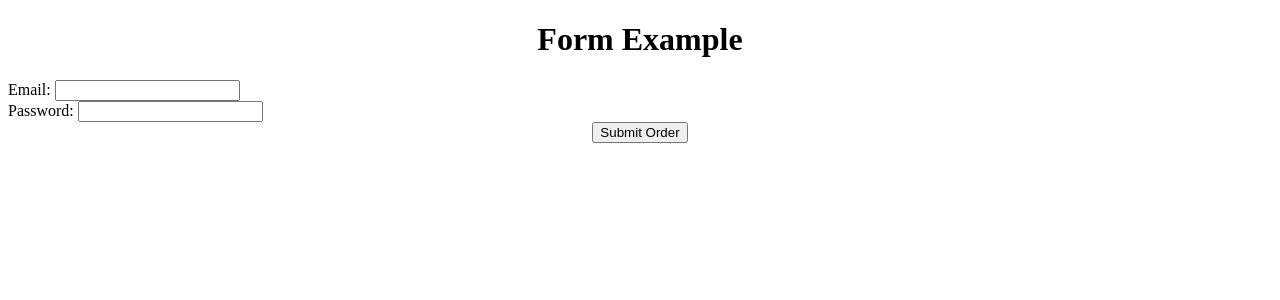
Repository: xzou4/CS221b
Page: fablix/WebContent/login.html
These files come from the project's save history. The page is drawn as it stood at one moment and after the next save; the edit follows.
The browser window is 1280 px wide. The pictures show the whole page.

Above is the page before, as saved 2017-02-08 18:48:52.

### fablix/WebContent/login.html
<!DOCTYPE html>
<html>
<head>
<meta charset="UTF-8">
<title>Insert title here</title>
</head>
<body>
<H1 ALIGN="CENTER">Form Example</H1>

<FORM ACTION="login"
      METHOD="POST">
  Email: <INPUT TYPE="TEXT" NAME="email"><BR>

  Password: <INPUT TYPE="PASSWORD" NAME="password"><BR>
  <CENTER>
    <INPUT TYPE="SUBMIT" VALUE="Submit Order">
  </CENTER>
</FORM>
</body>
</html>

After the next save:
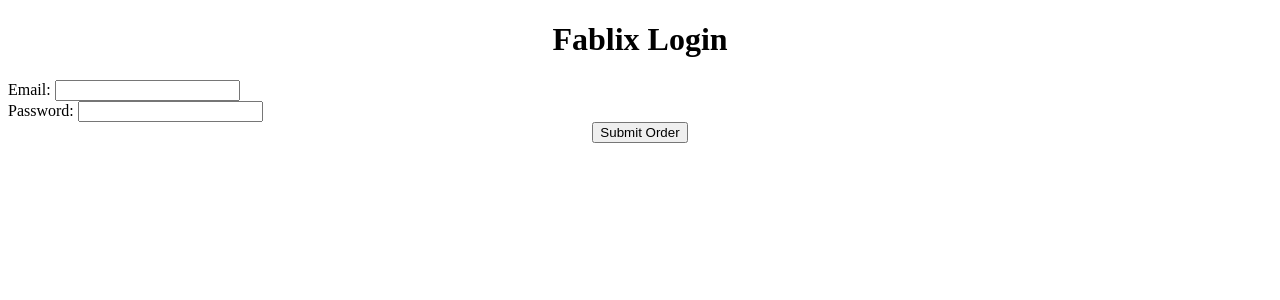
Saved 111 s later.
--- a/fablix/WebContent/login.html
+++ b/fablix/WebContent/login.html
@@ -5,7 +5,7 @@
 <title>Insert title here</title>
 </head>
 <body>
-<H1 ALIGN="CENTER">Form Example</H1>
+<H1 ALIGN="CENTER">Fablix Login</H1>
 
 <FORM ACTION="login"
       METHOD="POST">
